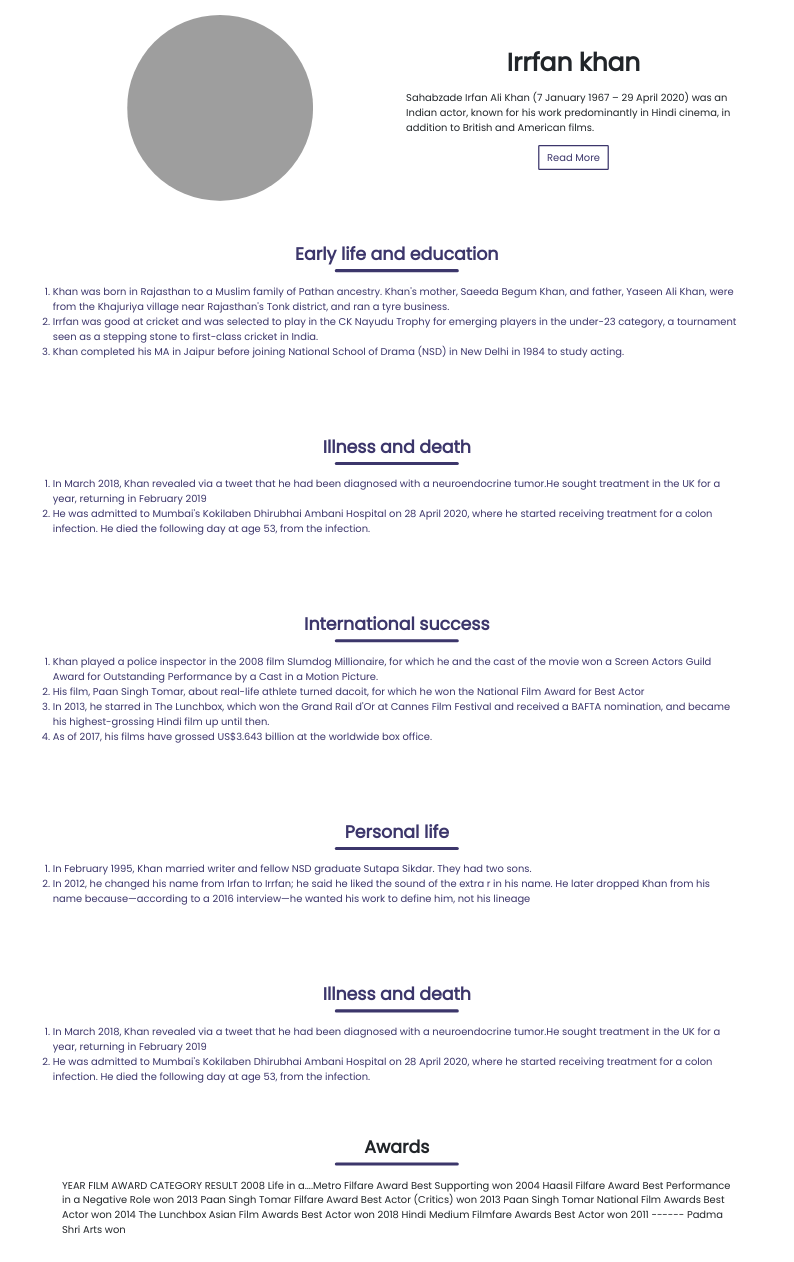
Repository: Mayur2905/OIBSIP
Page: Task-5/index.html
An editor plug-in stored every save of this project. The page is shown before and after the next save, followed by the edit.
The browser window is 1280 px wide. The pictures show the whole page, at 62% of full size.
Pictures or frames that could not be fetched are drawn as grey boxes.

Above is the page before, as saved 2022-02-04 15:38:10.

### Task-5/index.html
<!DOCTYPE html>
<html lang="en">
<head>
    <meta charset="UTF-8">
    <meta http-equiv="X-UA-Compatible" content="IE=edge">
    <meta name="viewport" content="width=device-width, initial-scale=1.0">
    <title>TRIBUTE PAGE | IRFAN KHAN</title>
    <link rel="stylesheet" href="style.css">
    <link rel="stylesheet" href="https://maxcdn.bootstrapcdn.com/bootstrap/4.0.0/css/bootstrap.min.css" integrity="sha384-Gn5384xqQ1aoWXA+058RXPxPg6fy4IWvTNh0E263XmFcJlSAwiGgFAW/dAiS6JXm" crossorigin="anonymous">
    <link rel="preconnect" href="https://fonts.googleapis.com">
<link rel="preconnect" href="https://fonts.gstatic.com" crossorigin>
<link href="https://fonts.googleapis.com/css2?family=Poppins&display=swap" rel="stylesheet">
</head>
<body>
    <section id="heading">
        <div class="container">
            <div class="row">
                <div class="col-md-6 text-center py-4">
                    <img src="https://channeltt.tv/uploads/media_image/2020/04/irfan-khan-Porttret.jpg" width="300px" height="300px">
                </div>
                <div class="col-md-6">
                    <p class="promo-title text-center">Irrfan khan</p>
                    <p>
                        Sahabzade Irfan Ali Khan (7 January 1967 – 29 April 2020) was an Indian actor, known for his work predominantly in Hindi cinema, in addition to British and American films.
                    </p>
                    <div class="text-center">
                        <a href="#more" class="btn btn-primary">Read More</a>
                    </div>
                </div>
            </div>
        </div>
    </section>


    <!------------- Life ----------------->
    <section id="life">
        <div class="container">
        <h3 class="title text-center font-weight-bold">
            Early life and education
        </h3>
        <ol class="py-4">
                <li> Khan was born in Rajasthan to a Muslim family of Pathan ancestry. Khan's mother, Saeeda Begum Khan, and father, Yaseen Ali Khan, were from the Khajuriya village near Rajasthan's Tonk district, and ran a tyre business.</li>
                <li> Irrfan was good at cricket and was selected to play in the CK Nayudu Trophy for emerging players in the under-23 category, a tournament seen as a stepping stone to first-class cricket in India.</li>
                <li> Khan completed his MA in Jaipur before joining National School of Drama (NSD) in New Delhi in 1984 to study acting.</li>
        </ol>

        </div>

    </section>
    <section id="life">
        <div class="container">
            <h3 class="title text-center font-weight-bold">
                Illness and death
            </h3>
            <ol class="py-4">
                    <li> In March 2018, Khan revealed via a tweet that he had been diagnosed with a neuroendocrine tumor.He sought treatment in the UK for a year, returning in February 2019</li>
                    <li> He was admitted to Mumbai's Kokilaben Dhirubhai Ambani Hospital on 28 April 2020, where he started receiving treatment for a colon infection. He died the following day at age 53, from the infection.</li>
            </ol>
        </div>
    </section>
    <section id="life">
        <div class="container">
            <h3 class="title text-center font-weight-bold">
                International success
            </h3>
            <ol class="py-4">
                    <li> Khan played a police inspector in the 2008 film Slumdog Millionaire, for which he and the cast of the movie won a Screen Actors Guild Award for Outstanding Performance by a Cast in a Motion Picture.</li>
                    <li> His film, Paan Singh Tomar, about real-life athlete turned dacoit, for which he won the National Film Award for Best Actor </li>
                    <li>In 2013, he starred in The Lunchbox, which won the Grand Rail d'Or at Cannes Film Festival and received a BAFTA nomination, and became his highest-grossing Hindi film up until then.</li>
                    <li>As of 2017, his films have grossed US$3.643 billion at the worldwide box office.</li>
            </ol>
        </div>
    </section>
    <section id="life">
        <div class="container">
            <h3 class="title text-center font-weight-bold">
                Personal life
            </h3>
            <ol class="py-4">
                    <li> In February 1995, Khan married writer and fellow NSD graduate Sutapa Sikdar. They had two sons.</li>
                    <li>In 2012, he changed his name from Irfan to Irrfan; he said he liked the sound of the extra r in his name. He later dropped Khan from his name because—according to a 2016 interview—he wanted his work to define him, not his lineage </li>
            </ol>
        </div>
    </section>
    <section id="life">
        <div class="container">
            <h3 class="title text-center font-weight-bold">
                Illness and death
            </h3>
            <ol class="py-4">
                    <li> In March 2018, Khan revealed via a tweet that he had been diagnosed with a neuroendocrine tumor.He sought treatment in the UK for a year, returning in February 2019</li>
                    <li> He was admitted to Mumbai's Kokilaben Dhirubhai Ambani Hospital on 28 April 2020, where he started receiving treatment for a colon infection. He died the following day at age 53, from the infection.</li>
            </ol>
        </div>
    </section>
    <!------------------------------Awards------------------------------->
    <section >
        <div class="container">
            <h3 class="title text-center font-weight-bold">Awards</h3>
            <div class="col-md-12 py-4 table-responsive">
            <div class="table table-bordered">
                <thead class="thead-dark">
                    <tr>
                        <th scope="col">YEAR</th>
                        <th scope="col">FILM</th>
                        <th scope="col">AWARD</th>
                        <th scope="col">CATEGORY</th>
                        <th scope="col">RESULT</th>
                    </tr>
                </thead>
                <tbody>
                    <tr>
                        <th scope="col">2008</th>
                        <td scope="col">Life in a....Metro</td>
                        <td scope="col">Filfare Award</td>
                        <td scope="col">Best Supporting</td>
                        <td scope="col">won</td>
                    </tr>
                    <tr>
                        <th scope="col">2004</th>
                        <td scope="col">Haasil</td>
                        <td scope="col">Filfare Award</td>
                        <td scope="col">Best Performance in a Negative Role</td>
                        <td scope="col">won</td>
                    </tr>
                    <tr>
                        <th scope="col">2013</th>
                        <td scope="col">Paan Singh Tomar</td>
                        <td scope="col">Filfare Award</td>
                        <td scope="col">Best Actor (Critics)</td>
                        <td scope="col">won</td>
                    </tr>
                    <tr>
                        <th scope="col">2013</th>
                        <td scope="col">Paan Singh Tomar</td>
                        <td scope="col">National Film Awards</td>
                        <td scope="col">Best Actor</td>
                        <td scope="col">won</td>
                    </tr>
                    <tr>
                        <th scope="col">2014</th>
                        <td scope="col">The Lunchbox</td>
                        <td scope="col">Asian Film Awards</td>
                        <td scope="col">Best Actor</td>
                        <td scope="col">won</td>
                    </tr>
                    <tr>
                        <th scope="col">2018</th>
                        <td scope="col">Hindi Medium</td>
                        <td scope="col">Filmfare Awards</td>
                        <td scope="col">Best Actor</td>
                        <td scope="col">won</td>
                    </tr>
                    <tr>
                        <th scope="col">2011</th>
                        <td scope="col">------</td>
                        <td scope="col">Padma Shri</td>
                        <td scope="col">Arts</td>
                        <td scope="col">won</td>
                    </tr>
                </tbody>
            </div>
            </div>
        </div>
    </section>
</body>
</html>

### Task-5/style.css
@import url("https://fonts.googleapis.com/css2?family=Poppins&display=swap");
* {
  margin: 0;
  padding: 0;
}
body {
  font-family: "Poppins", sans-serif !important;
}
img {
  border-radius: 50%;
}
.promo-title {
  font-size: 40px;
  font-weight: 600;
  margin-top: 70px;
}
.btn-primary {
  box-shadow: none !important;
  padding: 8px 25px;
  border-radius: 2px !important;
  border: 2px solid #3c366b !important;
  color: #3c366b !important;
  background: none !important;
}
.btn-primary:hover {
  background: #3c366b !important;
  color: #fff !important;
  border: 2px solid #fff !important;
}

#life {
  padding: 40px 0;
  color: #3c366b;
}
.title::before {
  content: "";
  background: #3c366b;
  height: 5px;
  width: 200px;
  margin-left: auto;
  margin-right: auto;
  display: block;
  border-radius: 50px;
  transform: translateY(46px);
}
ul {
  list-style-type: none;
  font-weight: lighter;
}
ul li {
  padding: 3px;
  font-weight: 300;
  color: black !important;
}

After the next save:
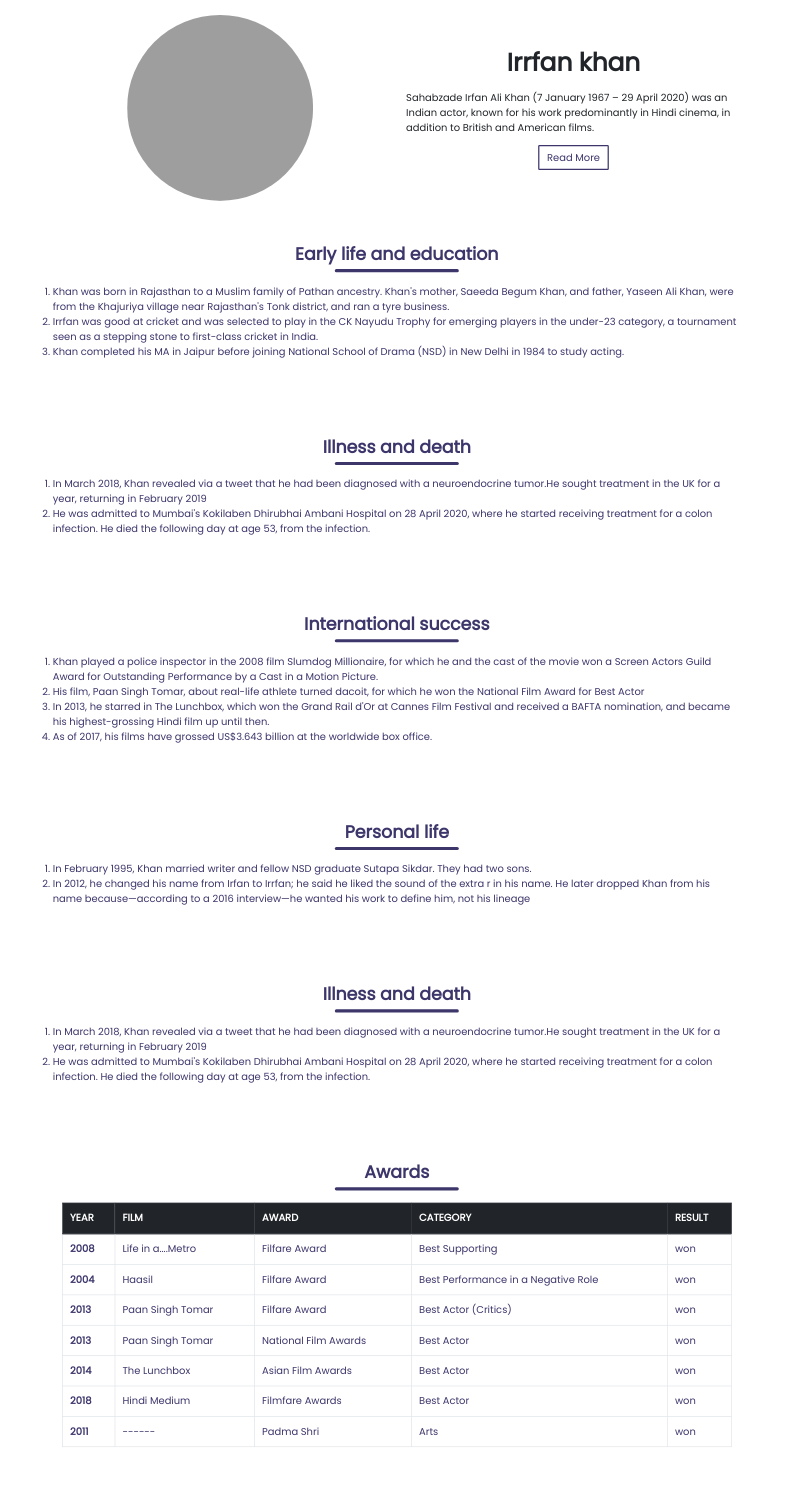
Saved 2 min 12 s later.
--- a/Task-5/index.html
+++ b/Task-5/index.html
@@ -94,11 +94,11 @@
         </div>
     </section>
     <!------------------------------Awards------------------------------->
-    <section >
+    <section id="life">
         <div class="container">
             <h3 class="title text-center font-weight-bold">Awards</h3>
             <div class="col-md-12 py-4 table-responsive">
-            <div class="table table-bordered">
+            <table class="table table-bordered">
                 <thead class="thead-dark">
                     <tr>
                         <th scope="col">YEAR</th>
@@ -159,7 +159,7 @@
                         <td scope="col">won</td>
                     </tr>
                 </tbody>
-            </div>
+            </table>
             </div>
         </div>
     </section>
